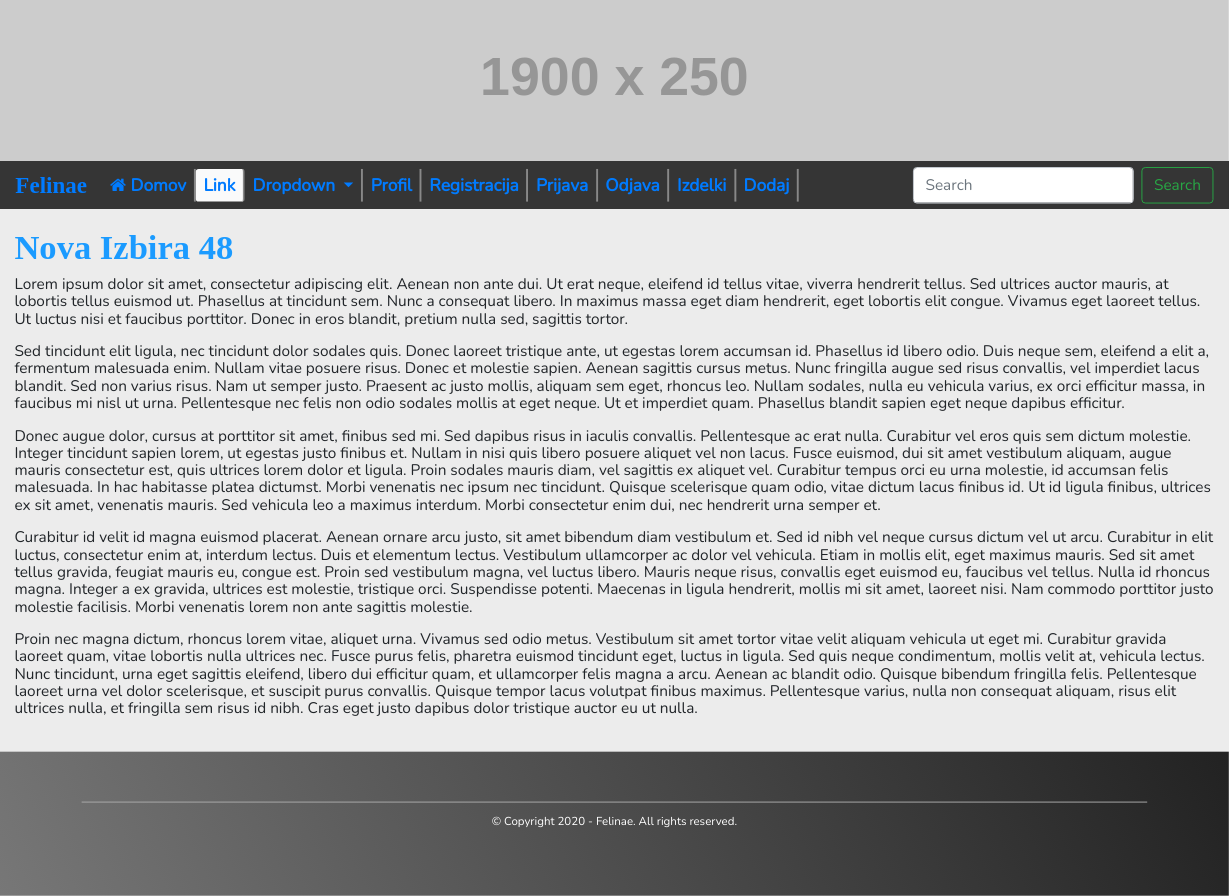
Repository: UrbyK/Felinae
Page: http://localhost/index.php?page=home
The author's editor kept a copy of each file at every save. The page is drawn from the files as they stood at one save, then again after a run of saves.
The browser window is 1280 px wide. The pictures show the whole page, at 96% of full size.
Some web fonts or font styles are not loaded; a fallback is used. The page is run by PHP 8.4 with error messages shown; the project is at /var/www/html/.

Above is the page before, as saved 2020-08-29 18:31:17.

### index.php
<?php
    session_start();

    include './functions.php';

    $pdo = pdo_connect_mysql();

    $_GET   = filter_input_array(INPUT_GET, FILTER_SANITIZE_STRING);
    $_POST  = filter_input_array(INPUT_POST, FILTER_SANITIZE_STRING);

    $page = isset($_GET['page']) && file_exists($_GET['page']. '.php') ? $_GET['page'] : 'home';
    include $page . '.php';

    template_footer();

?>

### functions.php
<?php
    include './includes/dbh.inc.php';

    include_once('./includes/search-functions.php');
    include_once('./includes/picture-upload.inc.php');

    function template_header($title){
        include_once('./header.php');
    }

    function template_footer(){
        include_once('./footer.php');
    }


    function countries(){
        $pdo = pdo_connect_mysql();
        $stmt = $pdo->prepare("SELECT * FROM country");
        $stmt->execute();
        $result = $stmt->fetchAll(PDO::FETCH_ASSOC);
        return $result;
    }

    function slugify($string){
        return strtolower(trim(preg_replace('/[^A-Za-z0-9-]+/', '-', $string), '-'));
    }

    function get_image($product_id){
        $pdo = pdo_connect_mysql();
        $stmt = $pdo->prepare("SELECT * FROM product_image WHERE product_id = ?");
        $stmt->execute([$product_id]);
        $result = $stmt->fetchAll(PDO::FETCH_ASSOC);
        return $result;
    }

    function retail_price($product_id){
        $pdo = pdo_connect_mysql();
        $stmt = $pdo->prepare("SELECT * FROM product WHERE ID = ?");
        $stmt->execute([$product_id]);
        $product = $stmt->fetch();

        if($product['startsAt'] <= date('Y-m-d H:i:s') && date('Y-m-d H:i:s') <= $product['endsAt']){
            $retail_price = round($product['price']-($product['price']*($product['discount']/100)), 2);
        }
        else{
            $retail_price = $product['price'];
        }

        return $retail_price;

    }

?>

### includes/dbh.inc.php
<?php
    function pdo_connect_mysql(){
        /* credentials */
        $dbHost = 'localhost';
        $dbUser = 'root';
        $dbPass = '';
        $dbName = 'felinae';

        try{
            return new PDO('mysql:host=' . $dbHost . ';dbname=' . $dbName . ';charset=utf8', $dbUser, $dbPass);
        } catch (PDOException $exception) {
            // If there is an error with the connection, stop the script and display the error.
            die ('Failed to connect to database!'. $exception->getMessage());
        }
    }
?>

### includes/search-functions.php
<?php
    function get_city($pdo, $city, $postalCode, $country_id){

        $query = "SELECT * FROM city WHERE country_id = ? AND lower(city) LIKE lower(?) AND postalCode = ?";
        $stmt = $pdo->prepare($query);
        $stmt->execute([$country_id, $city, $postalCode]);
        return $stmt;
    }
?>

### includes/picture-upload.inc.php
<?php

    function image_upload($product_id, $url, $caption, $i){

        $pdo = pdo_connect_mysql();
        $target_dir = "./uploads/";
        $relative_dir = "./uploads/";

        $change_name = date("Y-m-d-h-i-s")."-".$product_id."-".basename($url);
        $change_name;
        $target_file = $target_dir . $change_name;
        $relative_file = $relative_dir . $change_name;

        $uploadOk = 1;
        $imageFileType = strtolower(pathinfo($target_file,PATHINFO_EXTENSION));

        if(isset($_POST["submit"])) {
            $check = getimagesize($_FILES["image"]["tmp_name"][$i]);
            if($check !== false) {
                //echo "File is an image - " . $check["mime"] . ".";
                $uploadOk = 1;
            } else {
                //echo "File is not an image.";
                $uploadOk = 0;
            }
        }

        if($imageFileType != "jpg" && $imageFileType != "png" && $imageFileType != "jpeg"
        && $imageFileType != "gif" ) {
            $uploadOk = 0;
        }

        if ($uploadOk == 1) {
            if (move_uploaded_file($_FILES["image"]["tmp_name"][$i], $target_file)) {
                //vse je ok, zapišem še v bazo
                $query = "INSERT INTO product_image(product_id, image, caption) VALUES (?,?,?)";
                $stmt = $pdo->prepare($query);
                $stmt->execute([$product_id, $relative_file, $caption]);
            }
        }
    }

?>

### home.php
<?=template_header('Home')?>
<div class="row">
    <h1>Nova Izbira 48</h1>
    <p>
    Lorem ipsum dolor sit amet, consectetur adipiscing elit. Aenean non ante dui. Ut erat neque, eleifend id tellus vitae, viverra hendrerit tellus. Sed ultrices auctor mauris, at lobortis tellus euismod ut. Phasellus at tincidunt sem. Nunc a consequat libero. In maximus massa eget diam hendrerit, eget lobortis elit congue. Vivamus eget laoreet tellus. Ut luctus nisi et faucibus porttitor. Donec in eros blandit, pretium nulla sed, sagittis tortor.
    </p>
    <p>
    Sed tincidunt elit ligula, nec tincidunt dolor sodales quis. Donec laoreet tristique ante, ut egestas lorem accumsan id. Phasellus id libero odio. Duis neque sem, eleifend a elit a, fermentum malesuada enim. Nullam vitae posuere risus. Donec et molestie sapien. Aenean sagittis cursus metus. Nunc fringilla augue sed risus convallis, vel imperdiet lacus blandit. Sed non varius risus. Nam ut semper justo. Praesent ac justo mollis, aliquam sem eget, rhoncus leo. Nullam sodales, nulla eu vehicula varius, ex orci efficitur massa, in faucibus mi nisl ut urna. Pellentesque nec felis non odio sodales mollis at eget neque. Ut et imperdiet quam. Phasellus blandit sapien eget neque dapibus efficitur.
    </p>
    <p>
    Donec augue dolor, cursus at porttitor sit amet, finibus sed mi. Sed dapibus risus in iaculis convallis. Pellentesque ac erat nulla. Curabitur vel eros quis sem dictum molestie. Integer tincidunt sapien lorem, ut egestas justo finibus et. Nullam in nisi quis libero posuere aliquet vel non lacus. Fusce euismod, dui sit amet vestibulum aliquam, augue mauris consectetur est, quis ultrices lorem dolor et ligula. Proin sodales mauris diam, vel sagittis ex aliquet vel. Curabitur tempus orci eu urna molestie, id accumsan felis malesuada. In hac habitasse platea dictumst. Morbi venenatis nec ipsum nec tincidunt. Quisque scelerisque quam odio, vitae dictum lacus finibus id. Ut id ligula finibus, ultrices ex sit amet, venenatis mauris. Sed vehicula leo a maximus interdum. Morbi consectetur enim dui, nec hendrerit urna semper et.
    </p>
    <p>
    Curabitur id velit id magna euismod placerat. Aenean ornare arcu justo, sit amet bibendum diam vestibulum et. Sed id nibh vel neque cursus dictum vel ut arcu. Curabitur in elit luctus, consectetur enim at, interdum lectus. Duis et elementum lectus. Vestibulum ullamcorper ac dolor vel vehicula. Etiam in mollis elit, eget maximus mauris. Sed sit amet tellus gravida, feugiat mauris eu, congue est. Proin sed vestibulum magna, vel luctus libero. Mauris neque risus, convallis eget euismod eu, faucibus vel tellus. Nulla id rhoncus magna. Integer a ex gravida, ultrices est molestie, tristique orci. Suspendisse potenti. Maecenas in ligula hendrerit, mollis mi sit amet, laoreet nisi. Nam commodo porttitor justo molestie facilisis. Morbi venenatis lorem non ante sagittis molestie.
    </p>
    <p>
    Proin nec magna dictum, rhoncus lorem vitae, aliquet urna. Vivamus sed odio metus. Vestibulum sit amet tortor vitae velit aliquam vehicula ut eget mi. Curabitur gravida laoreet quam, vitae lobortis nulla ultrices nec. Fusce purus felis, pharetra euismod tincidunt eget, luctus in ligula. Sed quis neque condimentum, mollis velit at, vehicula lectus. Nunc tincidunt, urna eget sagittis eleifend, libero dui efficitur quam, et ullamcorper felis magna a arcu. Aenean ac blandit odio. Quisque bibendum fringilla felis. Pellentesque laoreet urna vel dolor scelerisque, et suscipit purus convallis. Quisque tempor lacus volutpat finibus maximus. Pellentesque varius, nulla non consequat aliquam, risus elit ultrices nulla, et fringilla sem risus id nibh. Cras eget justo dapibus dolor tristique auctor eu ut nulla.
    </p>
</div>

<?=template_footer()?>

### header.php
<!DOCTYPE html>
<html>
    <head>
        <meta charset="utf-8" content="text/html"/>
        <meta name="viewport" content="width=device-width, intital-scale=1.0"/>

        <!-- JavaScript -->
        <script src="https://code.jquery.com/jquery-3.5.1.js" integrity="sha256-QWo7LDvxbWT2tbbQ97B53yJnYU3WhH/C8ycbRAkjPDc=" crossorigin="anonymous"></script>
        <!-- Boostrap -->
            <!-- CSS -->
        <link rel="stylesheet" href="https://stackpath.bootstrapcdn.com/bootstrap/4.5.0/css/bootstrap.min.css"
            integrity="sha384-9aIt2nRpC12Uk9gS9baDl411NQApFmC26EwAOH8WgZl5MYYxFfc+NcPb1dKGj7Sk" crossorigin="anonymous" />

            <!-- JavaScript -->
        <script src="https://stackpath.bootstrapcdn.com/bootstrap/4.5.0/js/bootstrap.bundle.min.js"
             integrity="sha384-1CmrxMRARb6aLqgBO7yyAxTOQE2AKb9GfXnEo760AUcUmFx3ibVJJAzGytlQcNXd" crossorigin="anonymous"></script>

        <!-- FONTAWESOME -->
        <link rel="stylesheet" href="https://stackpath.bootstrapcdn.com/font-awesome/4.7.0/css/font-awesome.min.css" integrity="sha384-wvfXpqpZZVQGK6TAh5PVlGOfQNHSoD2xbE+QkPxCAFlNEevoEH3Sl0sibVcOQVnN"
         crossorigin="anonymous">

         <script src="./js/active-menu.js" crossorigin="anonymous"></script>

         <!--CUSTOM CSS-->
         <link rel="stylesheet" href="./css/style.css">

        <title>Felinae</title>
    </head>

    <body>

        <header>
            <div class="banner"><img src="https://via.placeholder.com/1900x250" alt="banner"></div>
        </header>

       <!-- <nav class="navbar sticky-top navbar-expand-lg navbar-light bg-light ">-->
        <nav class="navbar sticky-top navbar-expand-lg">
            <a class="navbar-brand" href="#">Felinae</a>
            <button class="navbar-toggler ml-auto custom-toggler" type="button" data-toggle="collapse" data-target="#navbarSupportedContent" aria-controls="navbarSupportedContent" aria-expanded="false" aria-label="Toggle navigation">
                <span class="navbar-toggler-icon"></span>
            </button>

            <div class="collapse navbar-collapse" id="navbarSupportedContent">

                <ul class="navbar-nav mr-auto">
                    <li class="nav-item">
                        <a class="nav-link" href="./index.php"><i class="fa fa-home" aria-hidden="true"></i> Domov <span class="sr-only">(current)</span></a>
                    </li>
                    <li class="nav-item">
                        <a class="nav-link" href="./index.php?page=home">Link</a>
                    </li>
                    <li class="nav-item dropdown" >
                        <a class="nav-link dropdown-toggle" href="#" id="navbarDropdown" role="button" data-toggle="dropdown" aria-haspopup="true" aria-expanded="false">
                        Dropdown
                        </a>
                        <div class="dropdown-menu" aria-labelledby="navbarDropdown">
                        <a class="dropdown-item" href="#">Action</a>
                        <a class="dropdown-item" href="#">Another action</a>
                        <div class="dropdown-divider"></div>
                        <a class="dropdown-item" href="#">Something else here</a>
                        </div>
                    </li>

                    <li class="nav-item">
                        <a class="nav-link" href="./index.php?page=profile">Profil</a>
                    </li>
                    <li class="nav-item">
                        <a class="nav-link" href="./index.php?page=register-user">Registracija</a>
                    </li>
                    <li class="nav-item">
                        <a class="nav-link" href="./index.php?page=login">Prijava</a>
                    </li>
                    <li class="nav-item">
                        <a class="nav-link" href="./index.php?page=logout">Odjava</a>
                    </li>
                    <li class="nav-item">
                        <a class="nav-link" href="./index.php?page=products">Izdelki</a>
                    </li>
                    <li class="nav-item">
                        <a class="nav-link" href="./index.php?page=product-add">Dodaj</a>
                    </li>

                </ul>

                <form class="form-inline my-2 my-lg-0">
                    <input class="form-control mr-sm-2" type="search" placeholder="Search" aria-label="Search">
                    <button class="btn btn-outline-success my-2 my-sm-0" type="submit">Search</button>
                </form>

            </div>
        </nav>

    <div class="container-fluid">

### footer.php
    </div><!-- class="container-fluid" --->

        <footer class="page-footer font-small flow-footer" id="footer" role="contentinfo">
            <div class="footer-wrapper">
                <div class="container container-footer">
                    <div class="row">

                        <div class="col-12 copy">

                            <p class="text-center">&copy; Copyright 2020 - Felinae.  All rights reserved.</p>

                        </div>

                    </div>
                </div>
            </div>
        </footer>





    </body>
</html>

### js/active-menu.js
$(function(){
    // this will get the full URL at the address bar
    var url = window.location.href;

    // passes on every "a" tag
    $(".navbar a").each(function() {
            // checks if its the same on the address bar
        if(url === (this.href)) {
            $(this).closest("li").addClass("active");
        }
    });
});

### css/style.css
@import url('http://fonts.googleapis.com/css?family=Oxygen+Mono');
@import url('https://fonts.googleapis.com/css?family=Damion|Neucha|Pacifico|Yellowtail&display=swap');
@import url('https://fonts.googleapis.com/css2?family=Crimson+Text&family=Nunito&family=Overlock&family=Source+Sans+Pro&display=swap');
@import url('https://fonts.googleapis.com/css2?family=Love+Ya+Like+A+Sister&display=swap');

*{
    text-decoration: none;
    list-style: none;
}

body{
    padding: 0;
    margin: 0 auto;
    font-size: 16px;
    line-height: 1.125em;
    height: 100%;
    min-height: 100%;
    font-family: 'Nunito', 'Source Sans Pro', sans-serif;
    background-color: #ececec;
    display: flex;
    flex-direction: column;
}

h1, h2, h3, h4, h5, h6{
    font-family: 'Overlock', 'Crimson Text', cursive, serif;
    color: #1b9bff;
    font-weight: 550;
    line-height: 1.125em;
}

h1{
    font-size: 36px;
}
h2{
    font-size: 32px;
}
h3{
    font-size: 28px;
}
h4{
    font-size: 24px;
}
h5{
    font-size: 20px;
}
h6{
    font-size: 16px;
}

.container, .container-fluid{
  height: 100%;
  min-height: 100%;
}

/* BANNER */
.banner img{
    width: 100%;
    height: auto;
}

/*NAVBAR*/
.navbar{
    background-color: rgb(53,53,53);
    font-size: 18px;
    font-weight: 600;
    max-height: 50px;
}

.navbar-brand{
    font-size: 24px;
    font-family: 'Love Ya Like A Sister','Overlock';
    font-weight: 800;

}

.custom-toggler .navbar-toggler-icon {
    background-image: url("data:[embedded picture, 239 characters]");
  }

  .custom-toggler, .navbar-toggler {
    border-color: rgb(27, 155, 255);
    border-width: 2px;
  }

  .active{
    background-color: #FAFAFA;
    border-radius: 3px;
  }
.navbar-nav .nav-item{
    border-right: 2px solid #888;
}

/*=======FOOTER=========*/
footer {
  background: #535355;
  background: -webkit-linear-gradient(63deg, #777777, #222222);
  background: linear-gradient(63deg, #777777, #222222);
  color: white;
  height: 150px;
  position: relative;
  width: 100%;
}

footer a {
  color: #fefefe;
  font-size: 14px;
  transition-duration: 0.2s;
}

footer a:hover {
  color: #1b9bff;
  text-decoration: none;
}

.copy {
  font-size: 12px;
  padding: 10px;
  border-top: 1px solid #aaa;
}

.footer-wrapper {
  padding-top: 2em;
  color: white;
}



/*REGISTER/LOGIN FORM*/

.my-form .hint{
    font-size: 10px;
}

/*======PRODUCT ADD======*/
.form-group .col #charNum{
  float: right;
}

/*======== HOVERBOX ==============*/
/* displays text when you hover over the image */
.hvrbox,
.hvrbox * {
  box-sizing: border-box;
}

.hvrbox {
  position: relative;
  display: inline-block;
  overflow: hidden;

  height: 100%;
  width: auto;
  margin-top: 5%;
  padding-bottom: 10px;

  border-bottom: 1px dashed #aaa;
}

.hvrbox img {
  max-width: 100%;
  margin: auto;
}

.hvrbox .hvrbox-layer_bottom {
  display: block;
}

.hvrbox .hvrbox-layer_top {
  opacity: 0;
  position: absolute;
  top: 0;
  left: 0;
  right: 0;
  bottom: 0;
  width: 100%;
  height: 100%;
  background: rgba(0, 0, 0, 0.6);
  color: #fff;
  padding: 15px;
  -moz-transition: all 0.5s ease-in-out 0s;
  -webkit-transition: all 0.5s ease-in-out 0s;
  -ms-transition: all 0.5s ease-in-out 0s;
  transition: all 0.5s ease-in-out 0s;
}

.hvrbox:hover .hvrbox-layer_top,
.hvrbox.active .hvrbox-layer_top {
  opacity: 1;
  height: 100%;
}

.hvrbox .hvrbox-text {
  text-align: center;
  font-size: 17px;
  display: inline-block;
  position: absolute;
  top: 50%;
  left: 50%;
  -moz-transform: translate(-50%, -50%);
  -webkit-transform: translate(-50%, -50%);
  -ms-transform: translate(-50%, -50%);
  transform: translate(-50%, -50%);
}

.hvrbox .hvrbox-text_mobile {
  font-size: 15px;
  border-top: 1px solid rgb(179, 179, 179); /* for old browsers */
  border-top: 1px solid rgba(179, 179, 179, 0.7);
  margin-top: 5px;
  padding-top: 2px;
  display: none;
}

.hvrbox.active .hvrbox-text_mobile {
  display: block;
}

.hvrbox .hvrbox-layer_slideup {
  -moz-transform: translateY(100%);
  -webkit-transform: translateY(100%);
  -ms-transform: translateY(100%);
  transform: translateY(100%);
}

.hvrbox:hover .hvrbox-layer_slideup,
.hvrbox.active .hvrbox-layer_slideup {
  -moz-transform: translateY(0);
  -webkit-transform: translateY(0);
  -ms-transform: translateY(0);
  transform: translateY(0);
}

.hvrbox:hover .price{
  color: #fff;
  -moz-transition: color 0.8s ease 0s;
  -webkit-transition: color 0.8s ease 0s;
  -ms-transition: color 0.8s ease 0s;
  transition: color 0.8s ease 0s;
}

/*========PRODUCTS=========*/
.card-btn form input{
  max-width: 250px;
  width: 100%;
}

form input[type="number"] {
  width: 100%;
	padding: 10px;
	margin-bottom: 15px;
	border: 1px solid #aaa;
	color: #555555;
  border-radius: 5px;
  -moz-appearance: textfield;
}

form input[type="submit"] {
	background-color: #1b9bff;;
	border: 0;
	color: #FFFFFF;
	width: 100%;
	padding: 12px 0;
	text-transform: uppercase;
	font-size: 14px;
	font-weight: bold;
	border-radius: 5px;
  cursor: pointer;

}

form input[type="submit"]:hover {
	background-color: #1a5f94;;
}


.product-item {
  background-color: #fff;
  border: 1px solid black;
}

.product-name{
  font-size: 16px;
  /*padding-top: 15px;*/
  font-weight: bold;
  color: #1b9bff;
  font-family: 'Franklin Gothic Medium', 'Arial Narrow', Arial, sans-serif;
}

.product-name:hover{
color: #1a5f94;
}



/* THUMBNAIL FOR IMAGE PREVIEW ON PRODUCTS*/
.img-thumbnail{
  max-height: 100%;
  height: auto;
  width: auto;
}

.row{
  margin: 20px auto;
}


/* CARD */
.products-preview{
  max-height: 450px;
}

.products-preview-body{
  height: 200px;

}

.products-preview-body ul{
  list-style: none;
  padding: 0;
}
/*
.products-preview-body span {
  position: relative;
  display: block;
}*/

/*==products prices==*/
.card-btn{
  margin: 20px auto;
}

.price{
  font-weight: bold;
  font-size: 20px;
  color: #3f3f3f;
  }

.old-price{
  font-size: 20px;
  margin: 0 5px;
  font-weight: normal;
  color: #777;
}

.discount{
  font-size: 18px;
  color: #eee;
  font-weight: 900;
  border: 2px solid #009900;
  border-radius: 50%;
  background-color: #009900;
  margin: 3px;
  padding: 5px;
  float: right;
  text-decoration: none;
}

del, .old-price{
  text-decoration: line-through;
}

input[type=submit]:disabled{
  background-color: #346081;
}

.product-picture{
  display: flex;
  align-items: center;
  justify-content: center;
}

.product-picture img{
  align-items: center;
  justify-content: center;
  max-width: 100%;
  margin: auto;
  border: 2px solid #aaa;
  max-height: 650px;
  /*border-radius: 50px;*/
}



.product-info{
  margin: auto 0;
  padding-right: 5%;
  padding-bottom: 55px;
  background-color: #efefef;
}

.product-info h1 {
	font-size: 34px;
	font-weight: normal;
	margin: 0;
  padding: 20px 0 10px 0;
  color: #1b9bff;
  font-family:  'Franklin Gothic Medium', 'Arial Narrow', Arial, sans-serif;
}

.product-info .price {
	display: block;
	font-size: 22px;
}

.product-info form {
	display: flex;
	flex-flow: column;
  margin: 40px 0;
}

.product-info form input,
.card-btn form input{
  max-width: 250px;
  width: 100%;
}

.product-info form input[type="number"],
.card-btn form input[type="number"],
.cart form input[type="number"] {
  width: 100%;
	padding: 10px;
	margin-bottom: 15px;
	border: 1px solid #aaa;
	color: #555555;
  border-radius: 5px;
  -moz-appearance: textfield;
}

.product-info form input[type="submit"],
.card-btn form input[type="submit"] {
	background-color: #1b9bff;;
	border: 0;
	color: #FFFFFF;
	width: 100%;
	padding: 12px 0;
	text-transform: uppercase;
	font-size: 14px;
	font-weight: bold;
	border-radius: 5px;
  cursor: pointer;

}
.product-info form input[type="submit"]:hover,
.card-btn form input[type="submit"]:hover {
	background-color: #1a5f94;;
}
/*
.product-price .old-price{
  float: left;
}
*/
li .discount{
  float: none;
  text-decoration: none !important;
}

.product-price .retail-price{
  font-size: 38px;
  margin-top: 24px;
}

/*===CAROUSEL===*/
.carousel-control:hover{
  background-color: rgba(51, 51, 51, 0.5);
}

.carousel-inner {
  margin: auto 0;
}

.sales-date{
  margin-bottom: 10px;
  font-size: 18px;
  color: #009900;
}

.whitespace{
  white-space: pre-wrap;
}

.products-preview{
  margin: 5px auto;
}

.measurements{
  white-space: nowrap;
}

.measurements li{
  display: inline;
}


/*======FOOTER======*/

After the next 2 saves:
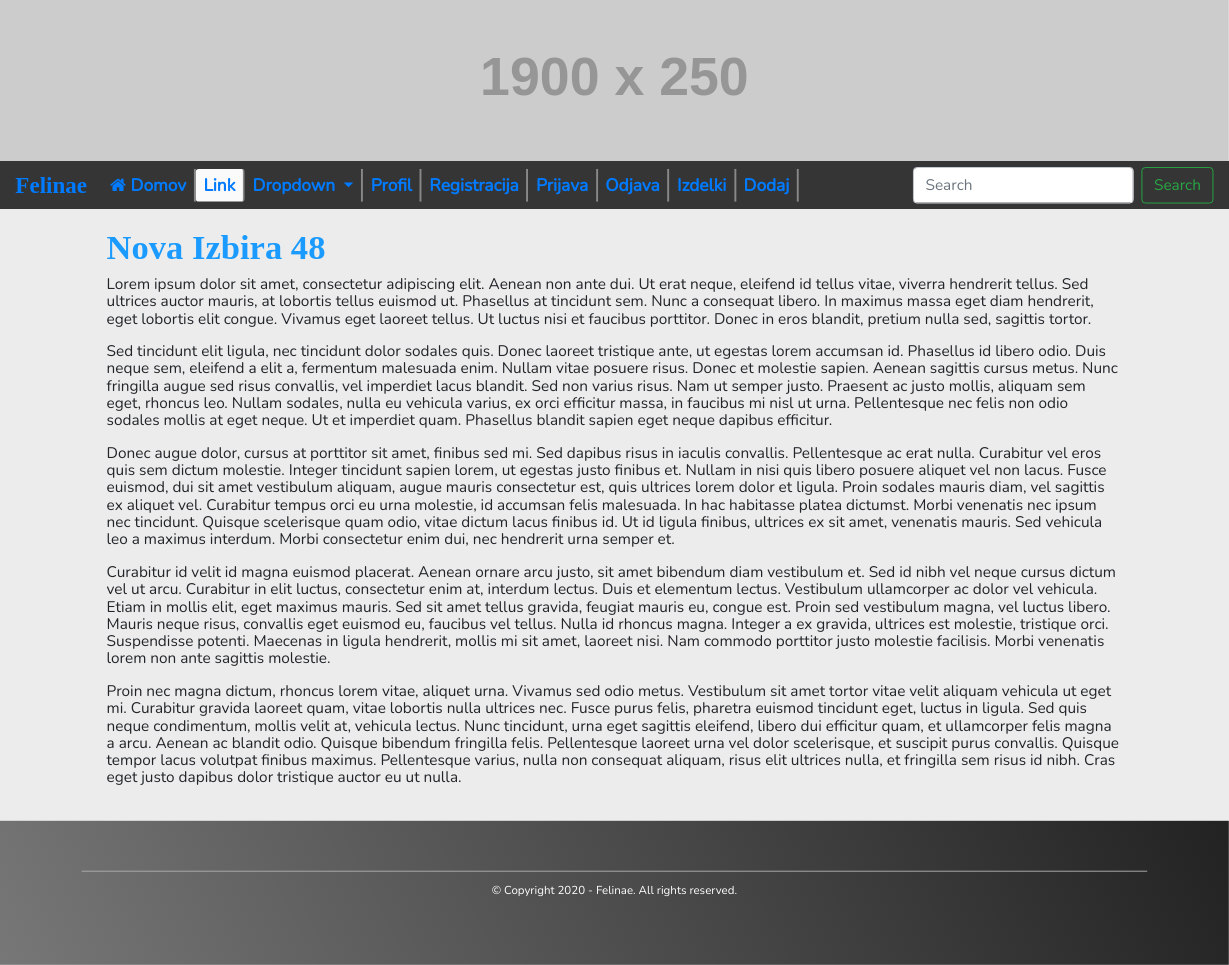
The 2 saves are shown as one change because they came seconds apart.
The last was saved 60 s later.
--- a/css/style.css
+++ b/css/style.css
@@ -45,6 +45,10 @@ h5{
 }
 h6{
     font-size: 16px;
+}
+
+.container-fluid{
+  width: 85%;
 }
 
 .container, .container-fluid{
